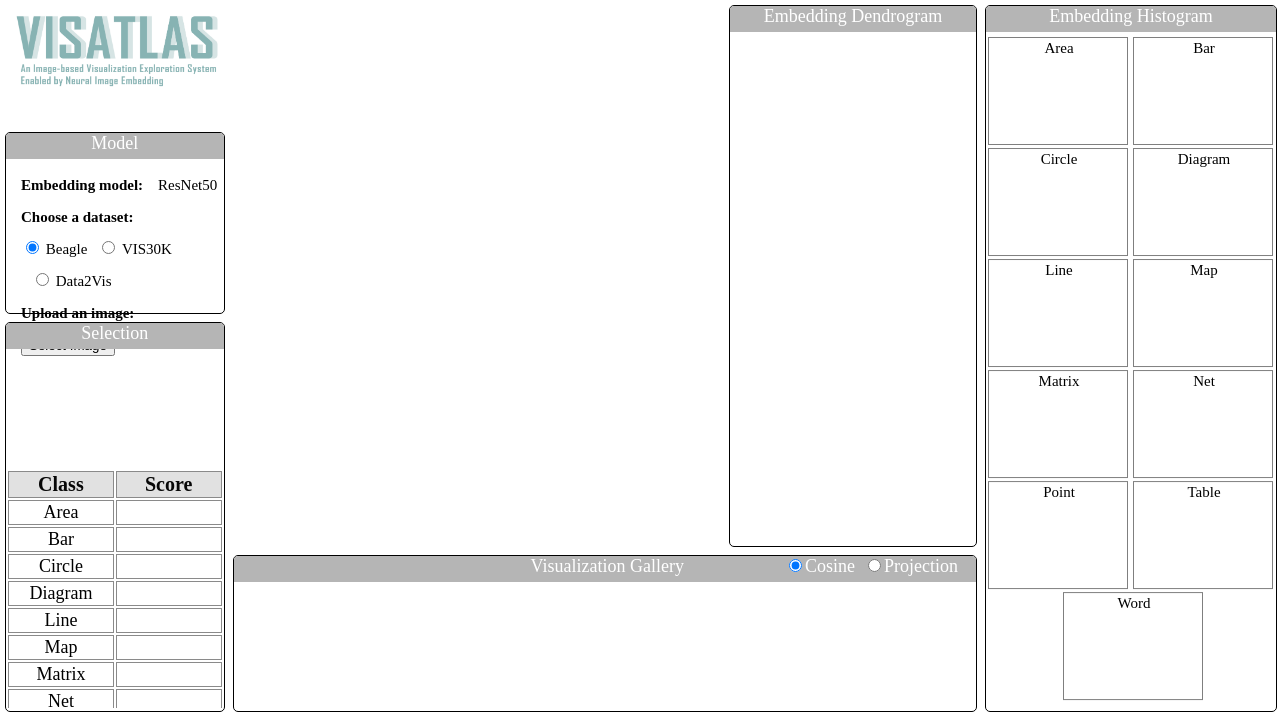
Repository: yilinye/AI_and_human_paintings
Page: / (app in VIS4AI_art/Frontend/)
These files come from the project's save history. The page is drawn as it stood at one moment and after the next save; the edit follows.
The browser window is 1280 px wide. The pictures show the whole page.
The page's requests for data from a server got no answer. The project was rebuilt for these pictures with package versions that can differ from the ones it lists, and the page was loaded fresh each time. No one was signed in, and anything a server would have sent is missing. Also part of the build but not shown: VIS4AI_art/Frontend/vite.config.js, VIS4AI_art/Frontend/vue.config.js, VIS4AI_art/Frontend/src/components/WelcomeItem.vue, VIS4AI_art/Frontend/src/components/icons/IconDocumentation.vue, VIS4AI_art/Frontend/src/components/icons/IconTooling.vue, VIS4AI_art/Frontend/src/components/icons/IconEcosystem.vue, VIS4AI_art/Frontend/src/components/icons/IconCommunity.vue, VIS4AI_art/Frontend/src/components/icons/IconSupport.vue and 2 more.

Above is the page before, as saved 2022-04-30 21:15:30.

After the next save:
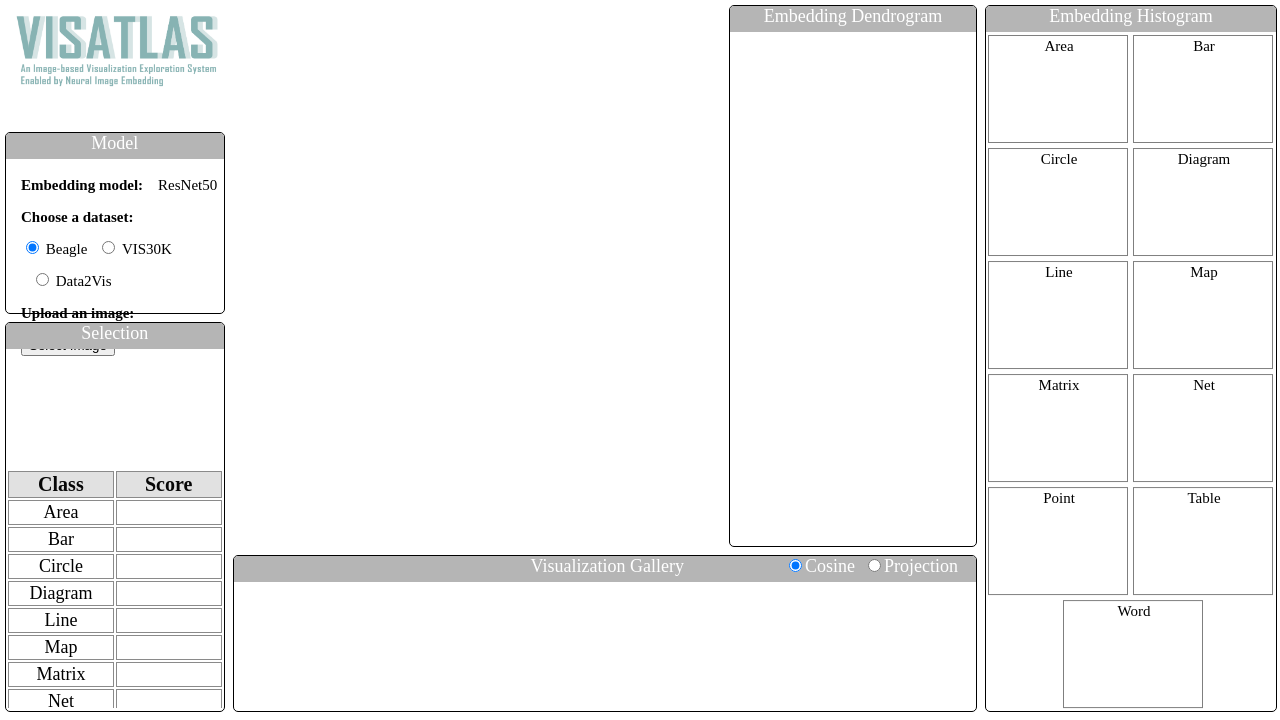
Saved 31 s later.
--- a/VIS4AI_art/Frontend/src/components/histogramView.vue
+++ b/VIS4AI_art/Frontend/src/components/histogramView.vue
@@ -15,7 +15,7 @@
         v-for="(ty, index) in typeName"
         :key="ty"
         :id="'His' + ty"
-        v-bind:style="{ border: 'solid 1px rgba(0, 0, 0, 0.5)', width: wd, height:hs, position: 'absolute', left: '2px', transform: 'translate(' + (index == 10 ? 'calc(50% + 5px)' : index % 2 ? 'calc(100% + 5px)' : '0') + ',' + 'calc(' + ((Math.floor(index / 2)) * 100) + '% + ' + ((Math.floor(index / 2)) * 3) + 'px' + ' + 5px)' + ')' }"
+        v-bind:style="{ border: 'solid 1px rgba(0, 0, 0, 0.5)', width: wd, height:hs, position: 'absolute', left: '2px', transform: 'translate(' + (index == 10 ? 'calc(50% + 5px)' : index % 2 ? 'calc(100% + 5px)' : '0') + ',' + 'calc(' + ((Math.floor(index / 2)) * 100) + '% + ' + ((Math.floor(index / 2)) * 5) + 'px' + ' + 3px)' + ')' }"
       >
 
       </div>
